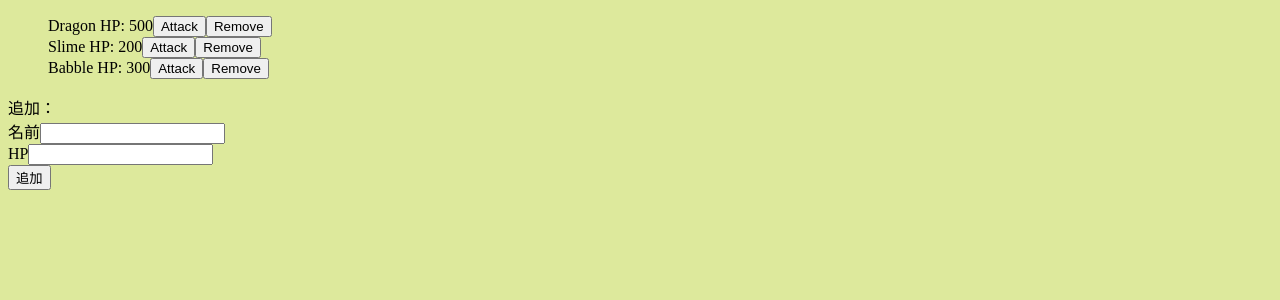
Repository: minoto9/vue_tutorial
Page: sampler/index.html
The author's editor kept a copy of each file at every save. The page is drawn from the files as they stood at one save, then again after the next save.
The browser window is 1280 px wide. The pictures show the whole page.

Above is the page before, as saved 2019-07-10 21:41:21.

### sampler/index.html
<!DOCTYPE html>
<html lang="ja">
<head>
    <meta charset="UTF-8">
    <meta name="viewport" content="width=device-width, initial-scale=1.0">
    <meta http-equiv="X-UA-Compatible" content="ie=edge">
    <link rel="stylesheet" href="style.css">
    <script src="https://cdn.jsdelivr.net/npm/vue@2.6.10/dist/vue.js"></script>
    <title>Document</title>
</head>
<body>
    <div id="app">
        <ul>
            <li v-for="(item, index) in list" v-bind:key="item.id" v-if="item.hp">{{ item.name }}  HP: {{ item.hp }}<button v-on:click="doAttack(index)">Attack</button><button v-on:click="doRemove(index)">Remove</button></li>
        </ul>
        <!-- <table>
            <tr v-for="item in list" v-bind:key="item.id">
                <td class="monsterName" v-bind:class="{warn: item.hp <= item.hp / 10}">{{ item.name }}</td>
                <td>HP : {{ item.hp }}</td>
                <td><button v-on:click="attack">Attack</button></td>
            </tr>
        </table> -->
        追加：<br>
        名前<input v-model="name"><br>
        HP<input v-model="hp"><br>
        <button v-on:click="doAdd">追加</button>
    </div>
    <script src="./main.js"></script>
</body>
</html>

### sampler/style.css
html {
    background-color: rgba(177, 204, 22, 0.425)
}

li {
    list-style: none;
}

.monsterName {
    background-color: black;
    color: white;
    font-weight: bold;
}

.warn {
    background-color: red;
}

### sampler/main.js
new Vue({
    el: '#app',
    data: {
        name: '',
        hp: '',
        list: [
            {id: 1, name: "Dragon", hp: 500},
            {id: 2, name: "Slime", hp: 200},
            {id: 3, name: "Babble", hp: 300}
        ]
    },
    methods: {
        doAdd: function() {
            var max = this.list.reduce(function(a,b) {
                return a > b.id ? a : b.id
            }, 0)
            this.list.push({
                id: max + 1,
                name: this.name,
                hp: this.hp
            })
        },
        doRemove: function(index) {
            this.list.splice(index, 1)
        },
        doAttack: function(index) {
            this.list[index].hp -= 50
        }
    },
    created: function(){
        axios.get('list.json').then(function(response) {
            this.list = response.data
        }.bind(this)).catch(function(e) {
                console.error(e)
        })
    }
})

After the next save:
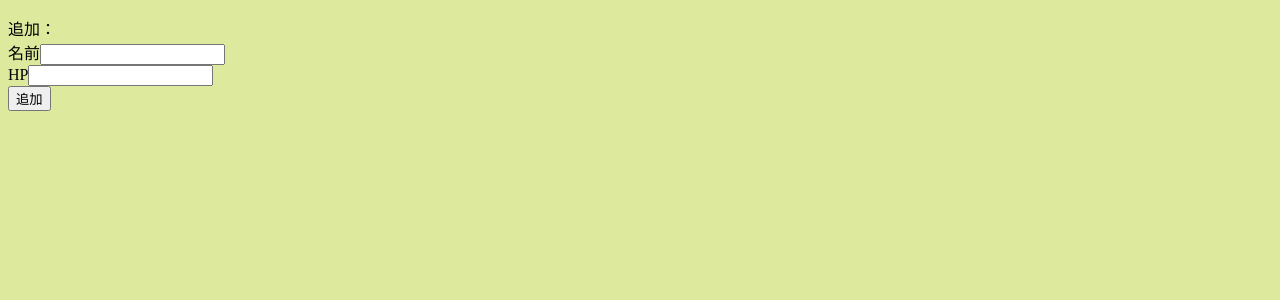
Saved 12 min 22 s later.
--- a/sampler/main.js
+++ b/sampler/main.js
@@ -2,12 +2,7 @@ new Vue({
     el: '#app',
     data: {
         name: '',
-        hp: '',
-        list: [
-            {id: 1, name: "Dragon", hp: 500},
-            {id: 2, name: "Slime", hp: 200},
-            {id: 3, name: "Babble", hp: 300}
-        ]
+        hp: ''
     },
     methods: {
         doAdd: function() {
